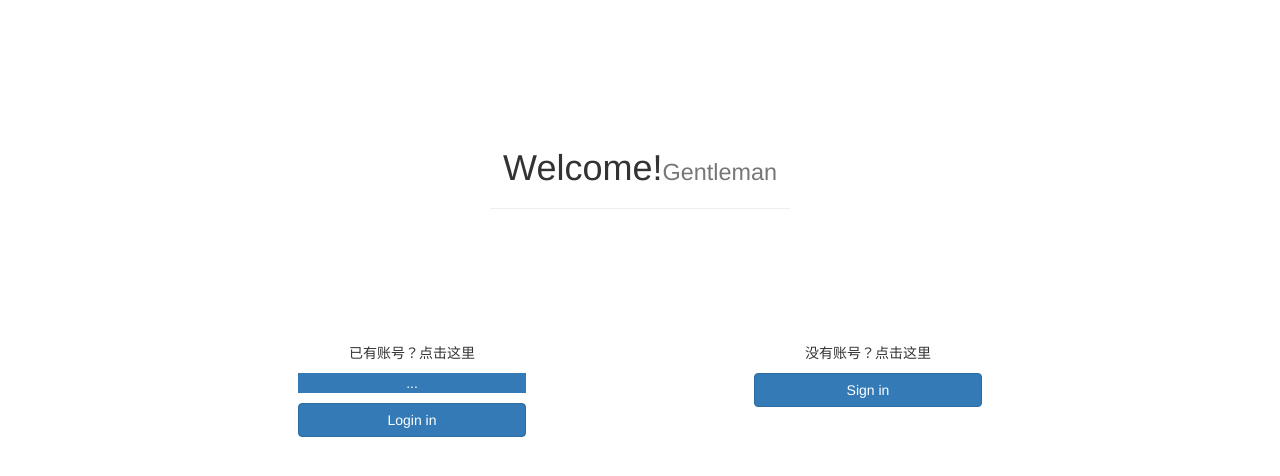
Repository: JasonBour/Beautypedia
Page: http://localhost/
An editor plug-in stored every save of this project. The page is shown before and after the next save, followed by the edit.
The browser window is 1280 px wide. The pictures show the whole page.
The page is run by PHP 8.4 with error messages shown; the project is at /var/www/html/.

Above is the page before, as saved 2015-09-13 12:43:31.

### Beautypedia/index.php
<html>
<head>
<meta charset="utf-8">
<link rel="stylesheet" type="text/css" href="./css/bootstrap.min.css"><!-- css file-->
<link rel="stylesheet" type="text/css" href="./css/index.css">
</head>
<body>


<div class="container ">
    <h1  class="title">Welcome!<small>Gentleman</small></h1>



     <HR align=center width=300 color=#987cb9 SIZE=1>

  <div  class="login">
   <p>已有账号？点击这里</p>
   <p class="bg-primary">...</p>
   <button type="button" class="btn btn-primary btn-block">Login in</button>

  </div>

  <div class="signin">
  <p>没有账号？点击这里</p>
   <button type="button" class="btn btn-primary btn-block">Sign in</button>

  </div>
 </div>


</body>

</html>

### Beautypedia/css/index.css
@CHARSET "UTF-8";
div.container{
	text-align:center;
	 margin-top:10%;

}
div.login{
	width:20%;
	float:left;
	margin-left:20%;
	margin-top:10%;
}
div.signin{
 float:left;
	width:20%;
	margin-left:20%;
	margin-top:10%;
}

Loaded but not shown: Beautypedia/css/bootstrap.min.css (library)

After the next save:
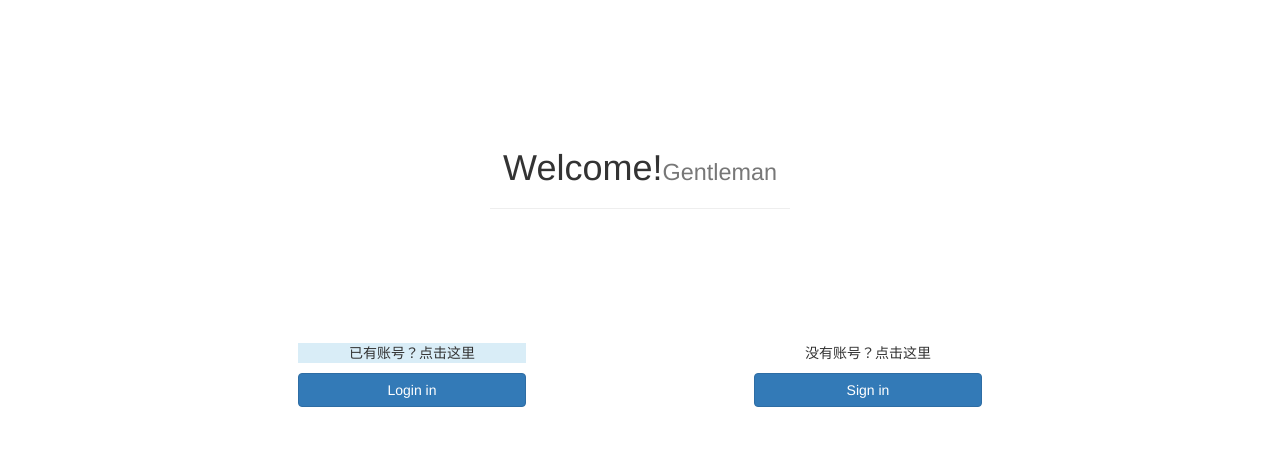
Saved 32 s later.
--- a/Beautypedia/index.php
+++ b/Beautypedia/index.php
@@ -15,8 +15,8 @@
      <HR align=center width=300 color=#987cb9 SIZE=1>
 
   <div  class="login">
-   <p>已有账号？点击这里</p>
-   <p class="bg-primary">...</p>
+   <p class="bg-info">已有账号？点击这里</p>
+
    <button type="button" class="btn btn-primary btn-block">Login in</button>
 
   </div>
